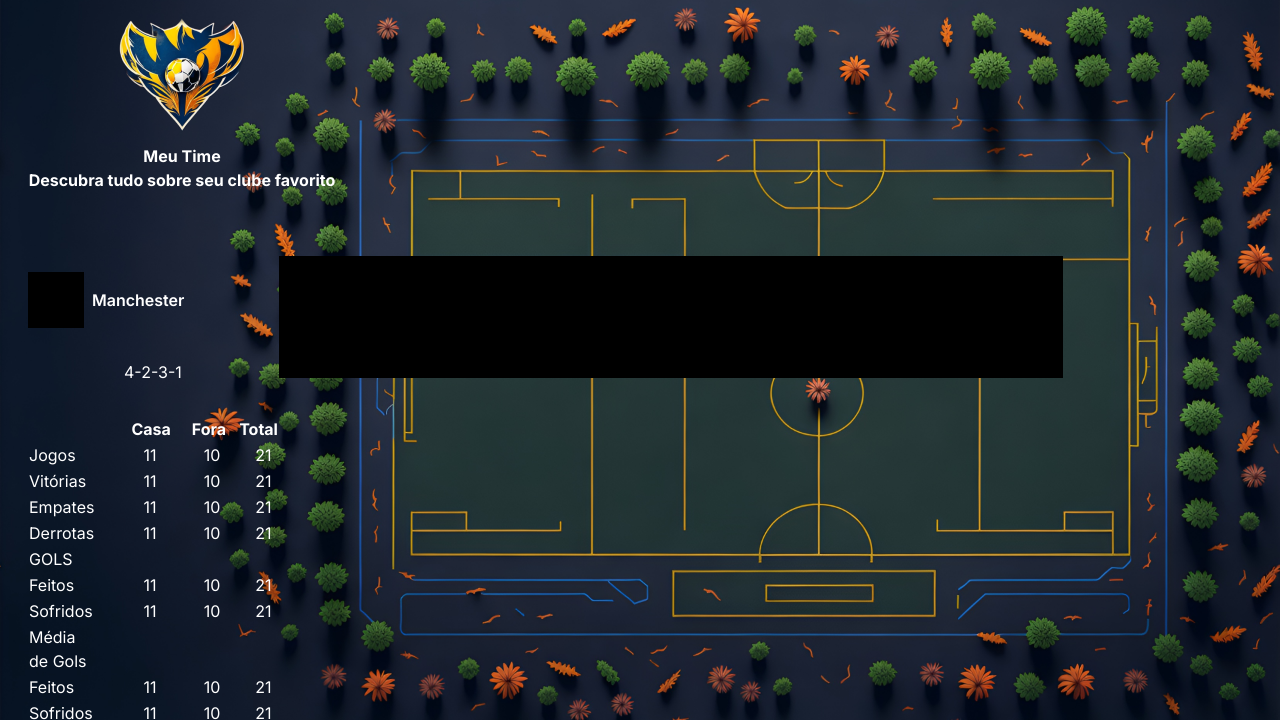
Repository: LuizAGDomingues/MeuTimeApp
Page: /statistics
The author's editor kept a copy of each file at every save. The page is drawn from the files as they stood at one save, then again after a run of saves.
The browser window is 1280 px wide. The pictures show the whole page.
The project was rebuilt for these pictures with package versions that can differ from the ones it lists, and the page was loaded fresh each time. The framework's server and built-in components were replaced by stand-ins that run in the browser. Also part of the build but not shown: next.config.js.

Above is the page before, as saved 2023-05-26 14:22:13.

After the next 2 saves:
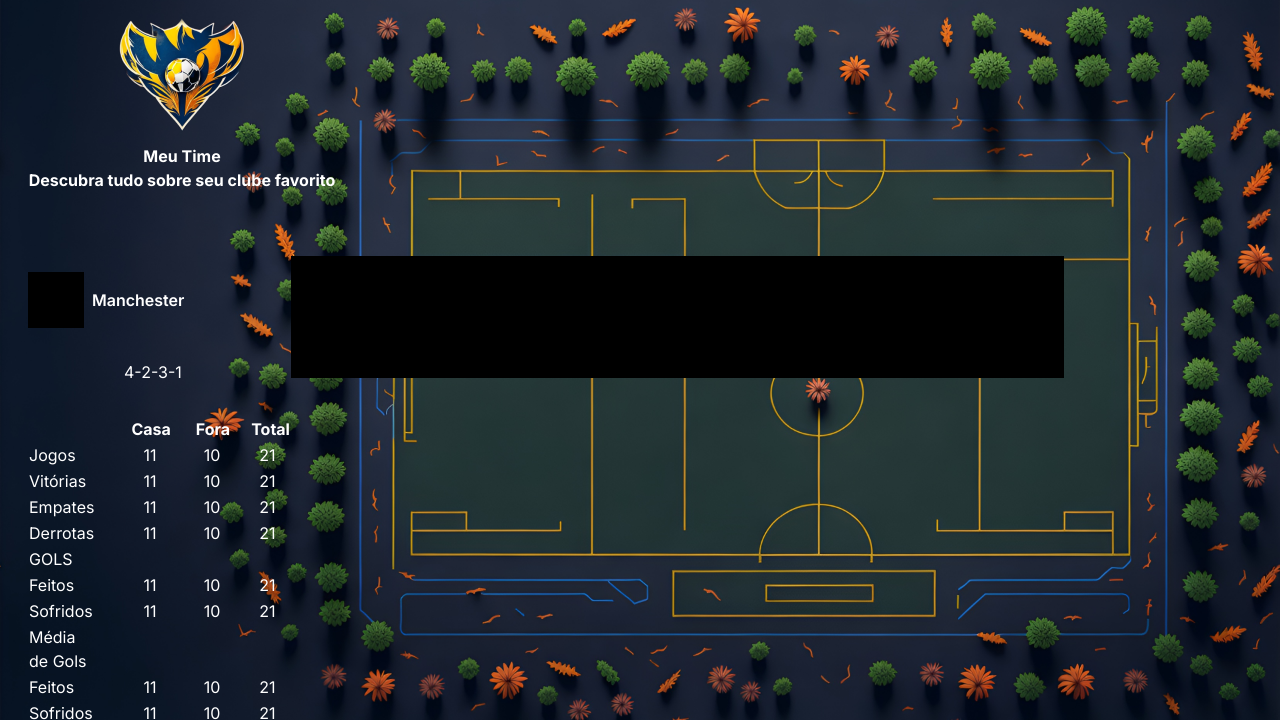
The 2 saves are shown as one change because they came seconds apart.
The last was saved 7 s later.
--- a/src/app/statistics/page.tsx
+++ b/src/app/statistics/page.tsx
@@ -65,8 +65,8 @@ function page() {
               <tr>
                 <th></th>
                 <th className="text-center pl-9">Casa</th>
-                <th className="text-center pl-5">Fora</th>
-                <th className="text-center pl-3">Total</th>
+                <th className="text-center pl-6">Fora</th>
+                <th className="text-center pl-5">Total</th>
               </tr>
             </thead>
             <tbody>
